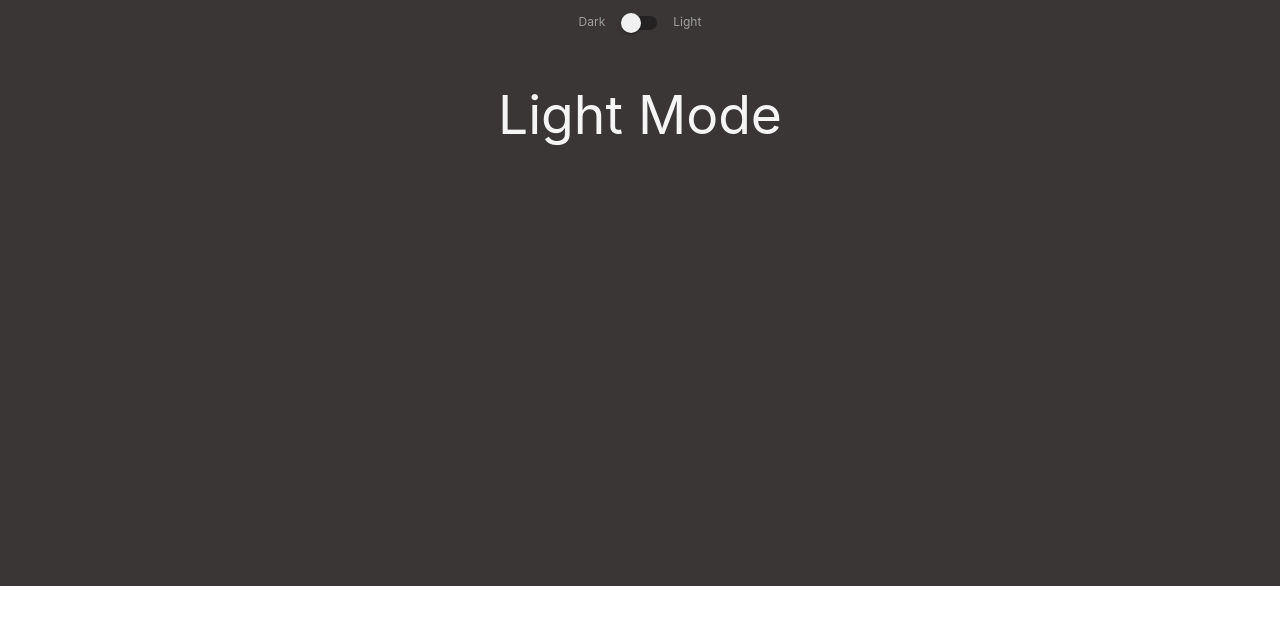
Repository: imrvj/Dark-Light-Mode
Page: /
These files come from the project's save history. The page is drawn as it stood at one moment and after the next save; the edit follows.
The browser window is 1280 px wide. The pictures show the whole page.
The project was rebuilt for these pictures with package versions that can differ from the ones it lists, and the page was loaded fresh each time.

Above is the page before, as saved 2020-02-20 12:59:13.

### public/index.html
<!DOCTYPE html>
<html lang="en">
  <head>
    <meta charset="utf-8" />
    <link rel="icon" href="%PUBLIC_URL%/favicon.ico" />
    <meta name="viewport" content="width=device-width, initial-scale=1" />
    <meta name="theme-color" content="#000000" />
    <meta
      name="description"
      content="Web site created using create-react-app"
    />
    <link rel="apple-touch-icon" href="%PUBLIC_URL%/logo192.png" />
    <!--
      manifest.json provides metadata used when your web app is installed on a
      user's mobile device or desktop. See https://developers.google.com/web/fundamentals/web-app-manifest/
    -->
    <link rel="manifest" href="%PUBLIC_URL%/manifest.json" />
    <!--
      Notice the use of %PUBLIC_URL% in the tags above.
      It will be replaced with the URL of the `public` folder during the build.
      Only files inside the `public` folder can be referenced from the HTML.

      Unlike "/favicon.ico" or "favicon.ico", "%PUBLIC_URL%/favicon.ico" will
      work correctly both with client-side routing and a non-root public URL.
      Learn how to configure a non-root public URL by running `npm run build`.
    -->

    <!-- Compiled and minified CSS -->
    <link rel="stylesheet" href="https://cdnjs.cloudflare.com/ajax/libs/materialize/1.0.0/css/materialize.min.css">

    <title>React App</title>
  </head>
  <body>
    <noscript>You need to enable JavaScript to run this app.</noscript>
    <div id="root"></div>
    <!--
      This HTML file is a template.
      If you open it directly in the browser, you will see an empty page.

      You can add webfonts, meta tags, or analytics to this file.
      The build step will place the bundled scripts into the <body> tag.

      To begin the development, run `npm start` or `yarn start`.
      To create a production bundle, use `npm run build` or `yarn build`.
    -->
     <!-- Compiled and minified JavaScript -->
     <script src="https://cdnjs.cloudflare.com/ajax/libs/materialize/1.0.0/js/materialize.min.js"></script>

  </body>
</html>

### src/App.js
import React, { Component } from 'react'
import './App.css'

class App extends Component {
  constructor(props) {
    super(props)

    this.state = {

    }
  }

  render() {
    return (
      <div className="App dark-mode">
              <div className="nav">
              <div className="switch">
          <label>
            Dark
            <input type="checkbox"/>
            <span className="lever"></span>
            Light
          </label>
        </div>
        </div>

        <div className="content">
          <h2>Light Mode</h2>
        </div>
      </div>
    )
  }
}

export default App

### src/App.css
.nav
{
  display: flex;
 justify-content: center;
 height: 50px;
 padding-top: 10px;

 color: white;

}

.content
{
  text-align: center;
  height: 500px;
}

.dark-mode{
  background-color: rgb(58, 54, 54);
  color: whitesmoke;
}

Loaded but not shown: src/index.js (common file); src/index.css (common file); src/serviceWorker.js (common file)

After the next save:
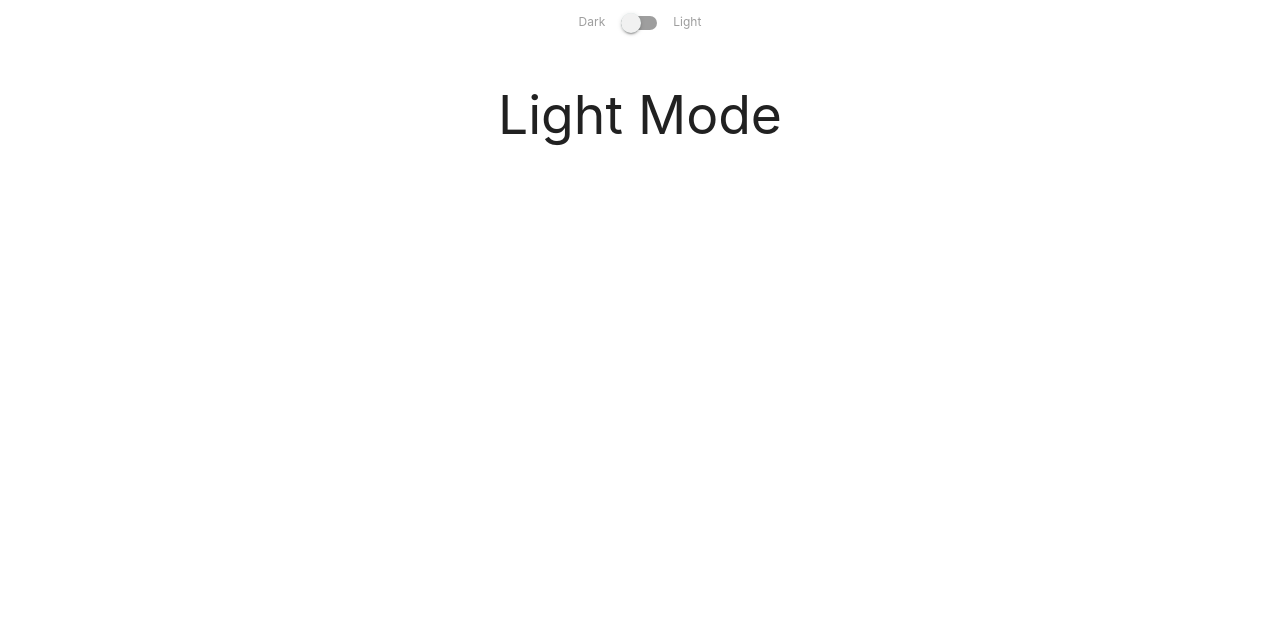
Saved 21 s later.
--- a/src/App.js
+++ b/src/App.js
@@ -12,7 +12,7 @@ class App extends Component {
 
   render() {
     return (
-      <div className="App dark-mode">
+      <div className="App ">
               <div className="nav">
               <div className="switch">
           <label>
